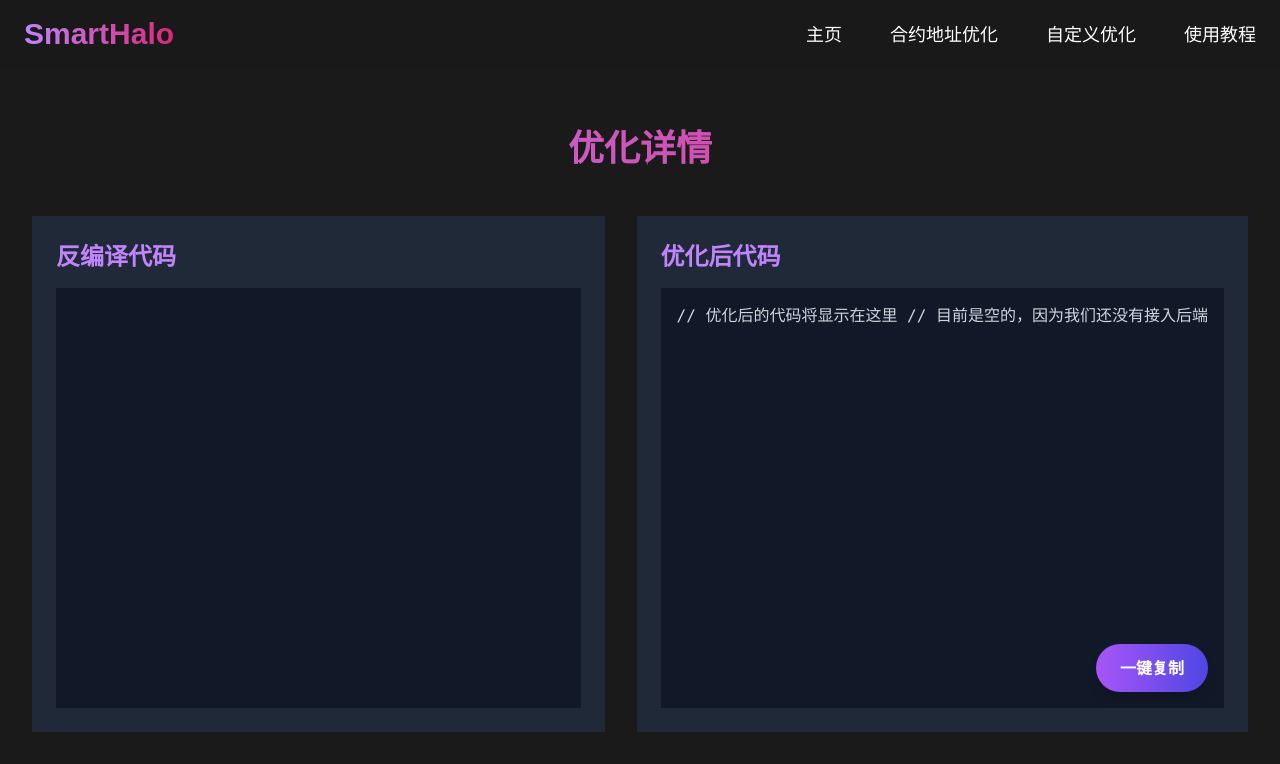
Repository: RunnerQuan/smart-halo
Page: /optimization-details
These files come from the project's save history. The page is drawn as it stood at one moment and after the next save; the edit follows.
The browser window is 1280 px wide. The pictures show the whole page.
The project was rebuilt for these pictures with package versions that can differ from the ones it lists, and the page was loaded fresh each time. The framework's server and built-in components were replaced by stand-ins that run in the browser. Also part of the build but not shown: next.config.mjs.

Above is the page before, as saved 2024-10-17 11:28:10.

After the next save:
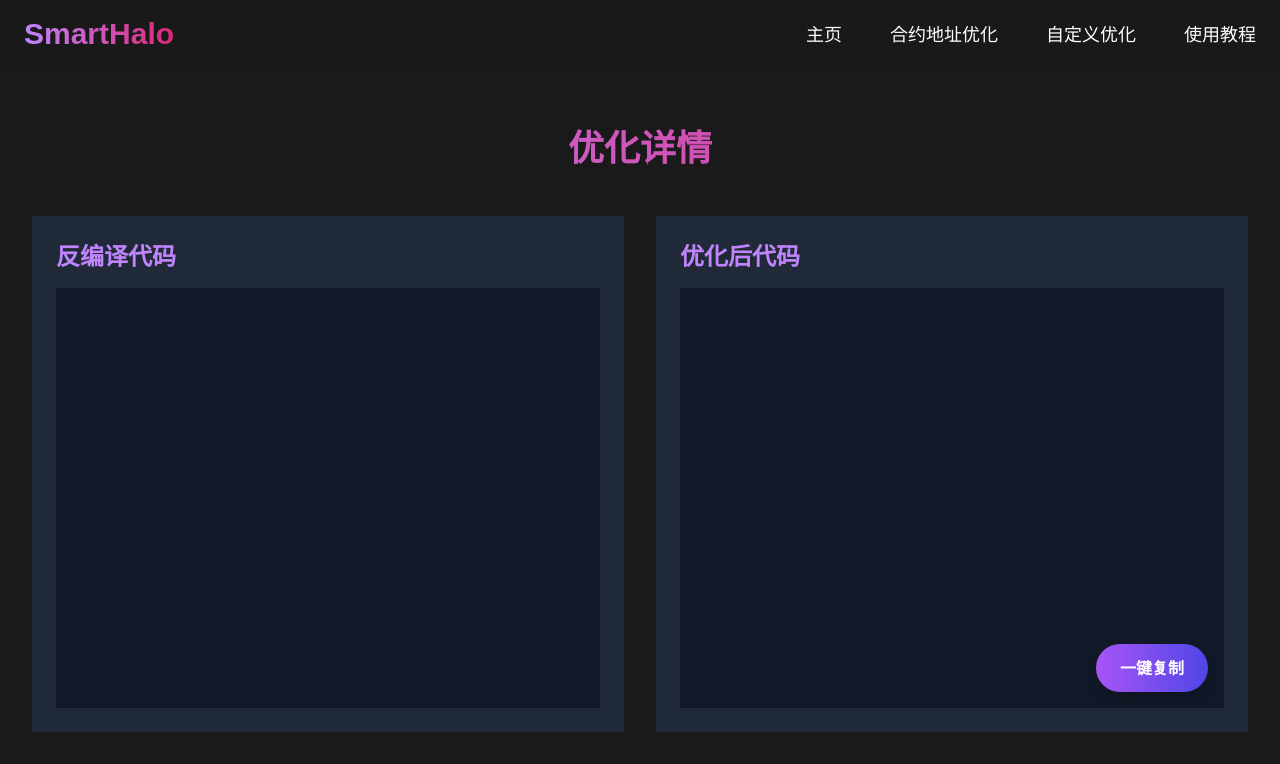
Saved 6 s later.
--- a/app/optimization-details/page.tsx
+++ b/app/optimization-details/page.tsx
@@ -54,8 +54,6 @@ export default function OptimizationDetails() {
             <div className="bg-gray-900 p-4 rounded-lg h-[calc(100vh-300px)] overflow-auto relative">
               <pre className="text-gray-300">
                 {/* 这里应该显示实际的优化后代码 */}
-                // 优化后的代码将显示在这里
-                // 目前是空的，因为我们还没有接入后端
               </pre>
               <div className="absolute bottom-4 right-4">
                 <AnimatedButton onClick={handleCopy}>
